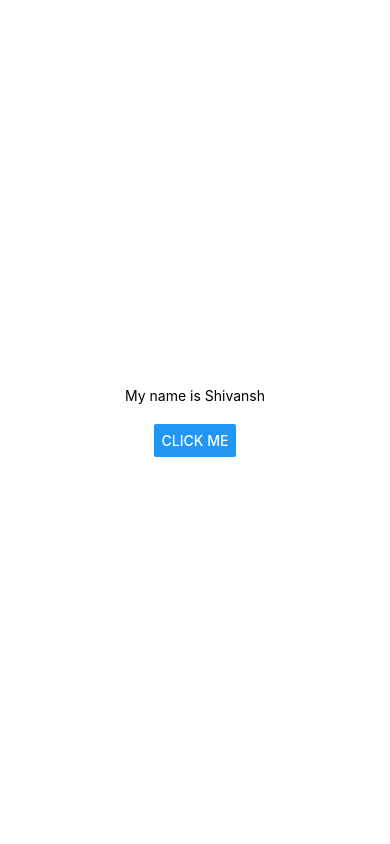
Repository: shiv0403/React-native-tutorial
Screen: /
An editor plug-in stored every save of this project. The screen is shown before and after the next save, followed by the edit.
The app was drawn by React Native's web renderer in a window 390 px wide. The project was rebuilt for these pictures with package versions that can differ from the ones it lists, and the page was loaded fresh each time.

Above is the screen before, as saved 2021-02-10 16:18:27.

### App.js
import React, { useState } from "react";
import { Button, StyleSheet, Text, View } from "react-native";

export default function App() {
  const [name, SetName] = useState("Shivansh");
  const [details, setDetails] = useState({
    name: "Gango",
    age: "20",
  });

  const handleClick = () => {
    SetName("Poorvi");
  };

  return (
    <View style={styles.container}>
      <Text>My name is {name}</Text>
      <View style={styles.button}>
        <Button title="Click Me" onPress={handleClick} />
      </View>
    </View>
  );
}

const styles = StyleSheet.create({
  container: {
    flex: 1,
    backgroundColor: "#fff",
    alignItems: "center",
    justifyContent: "center",
  },
  button: {
    marginTop: 20,
  },
});

After the next save:
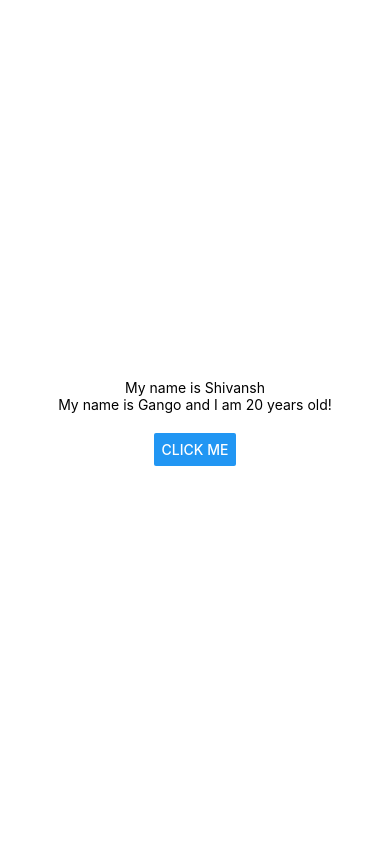
Saved 30 s later.
--- a/App.js
+++ b/App.js
@@ -15,6 +15,9 @@ export default function App() {
   return (
     <View style={styles.container}>
       <Text>My name is {name}</Text>
+      <Text>
+        My name is {details.name} and I am {details.age} years old!
+      </Text>
       <View style={styles.button}>
         <Button title="Click Me" onPress={handleClick} />
       </View>
